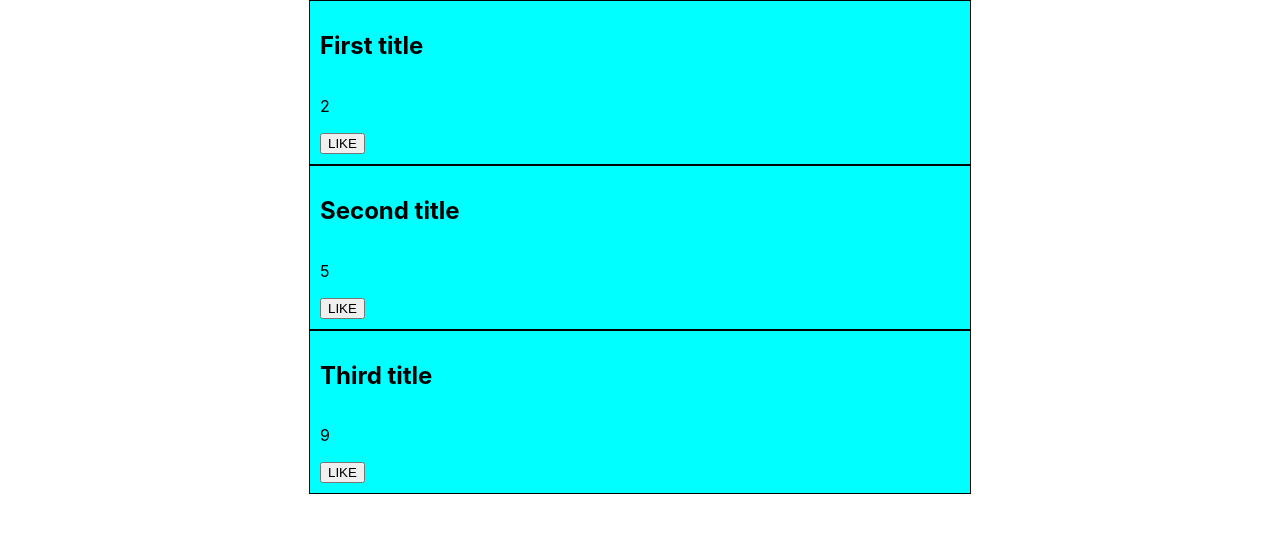
Repository: asapvtec98/egzamin
Page: /
An editor plug-in stored every save of this project. The page is shown before and after the next save, followed by the edit.
The browser window is 1280 px wide. The pictures show the whole page.
The project was rebuilt for these pictures with package versions that can differ from the ones it lists, and the page was loaded fresh each time.

Above is the page before, as saved 2023-11-14 12:26:27.

After the next save:
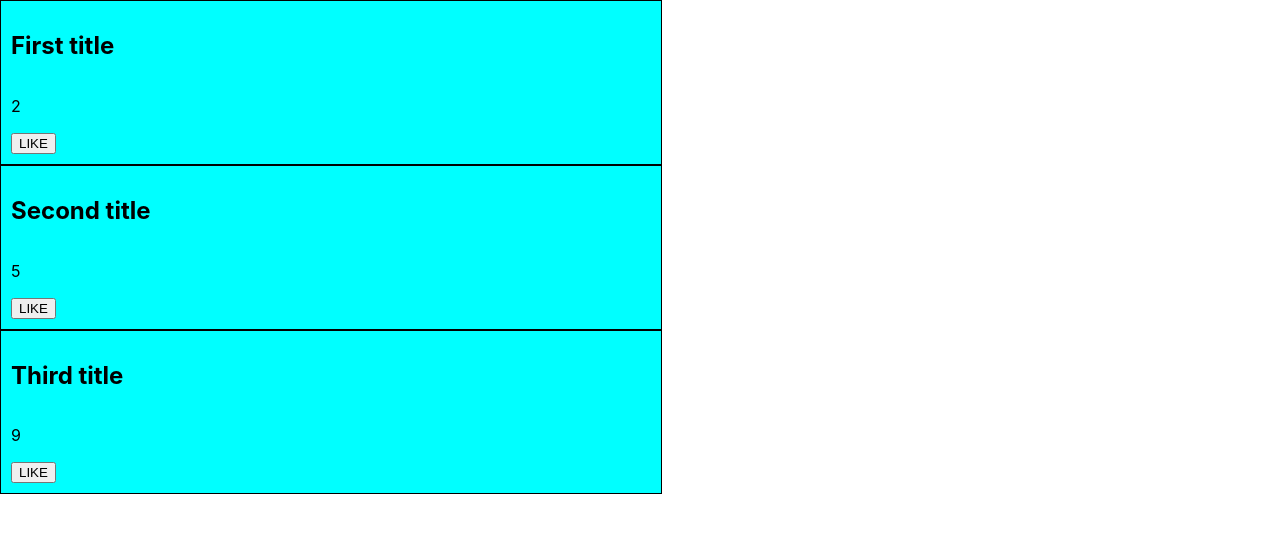
Saved 20 s later.
--- a/src/components/Comment.css
+++ b/src/components/Comment.css
@@ -1,7 +1,7 @@
 .comment {
     border: 1px solid black;
     background-color:aqua;
-    margin: auto;
+    margin: margin 5px;
     width: 50%;
     padding: 10px;
 

After the save that followed:
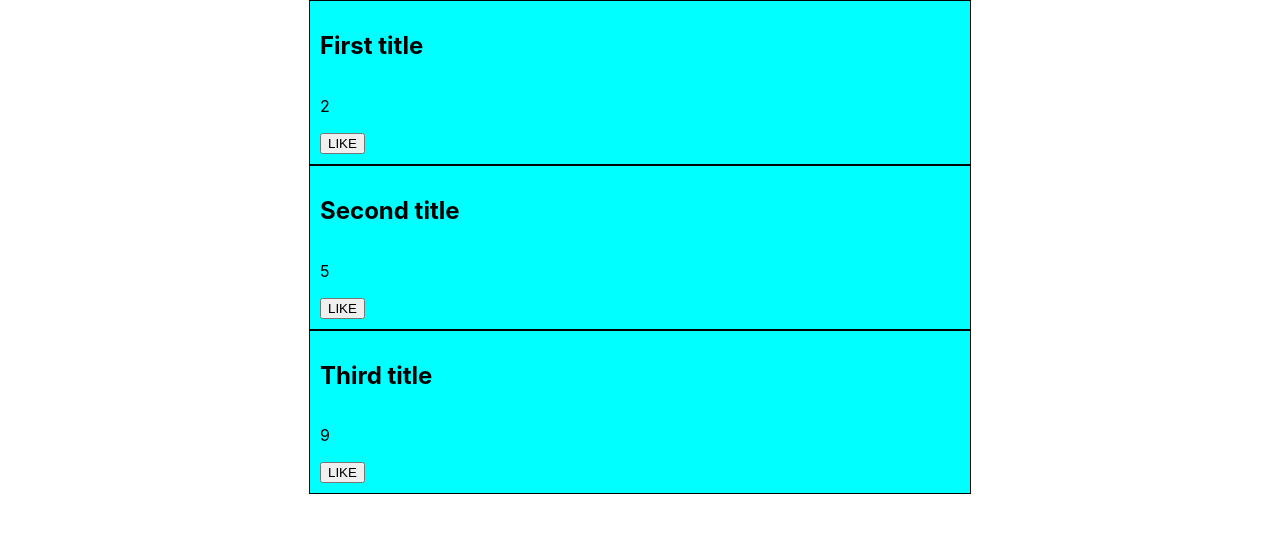
Saved 10 s later.
--- a/src/components/Comment.css
+++ b/src/components/Comment.css
@@ -1,7 +1,7 @@
 .comment {
     border: 1px solid black;
     background-color:aqua;
-    margin: margin 5px;
+    margin: auto;
     width: 50%;
     padding: 10px;
 
